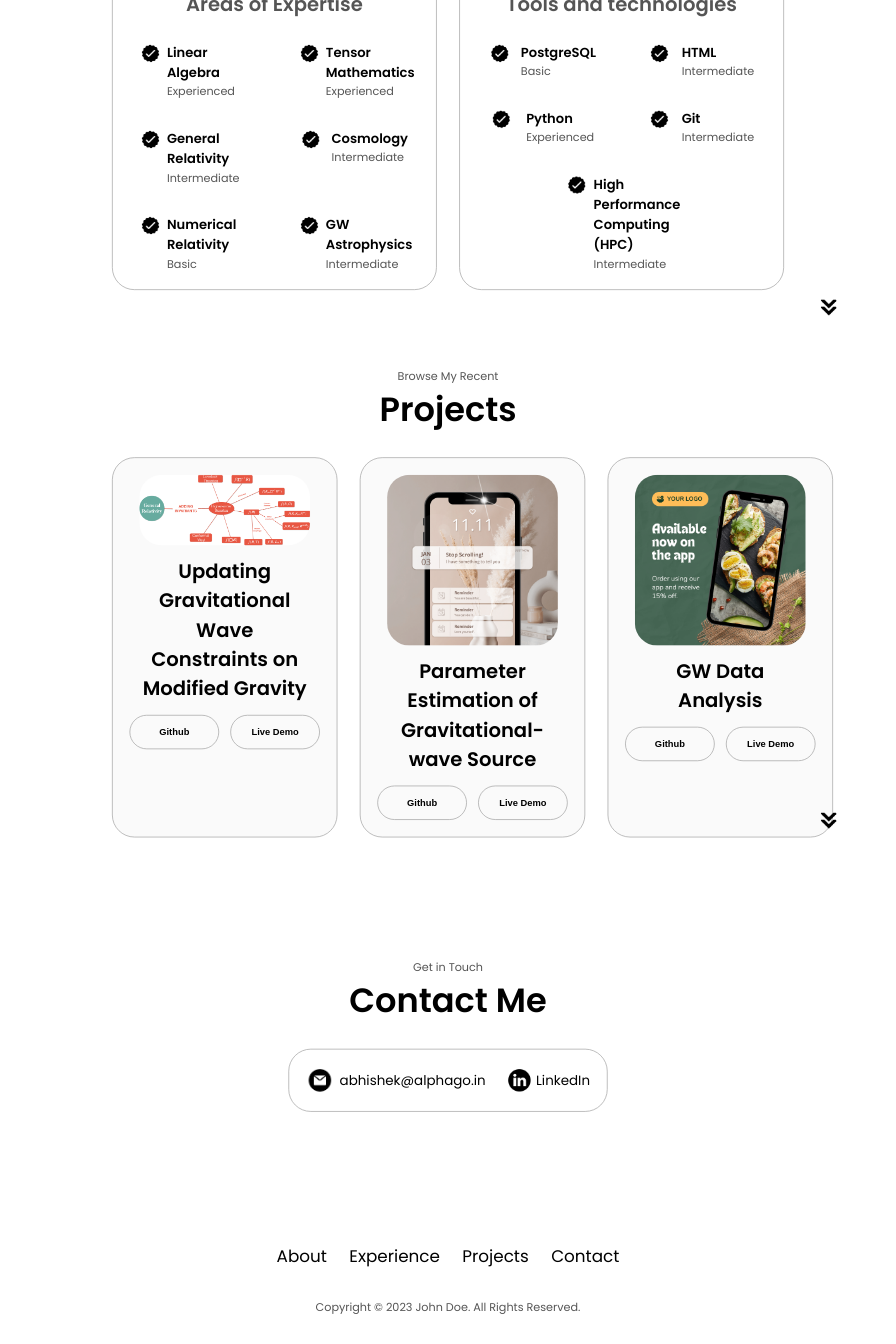
Repository: APersonalVoyage/APersonalVoyage.github.io
Page: index.html
The author's editor kept a copy of each file at every save. The page is drawn from the files as they stood at one save, then again after the next save.
The browser window is 1280 px wide. The pictures show the part of the page from y = 1586 to 3506 px (the page is 3506 px tall before and 3463 px after), at 70% of full size.
A picture or video elsewhere on the page could not be fetched, so the positions and the page height are approximate.

Above is the page before, as saved 2023-08-24 12:15:01.

After the next save:
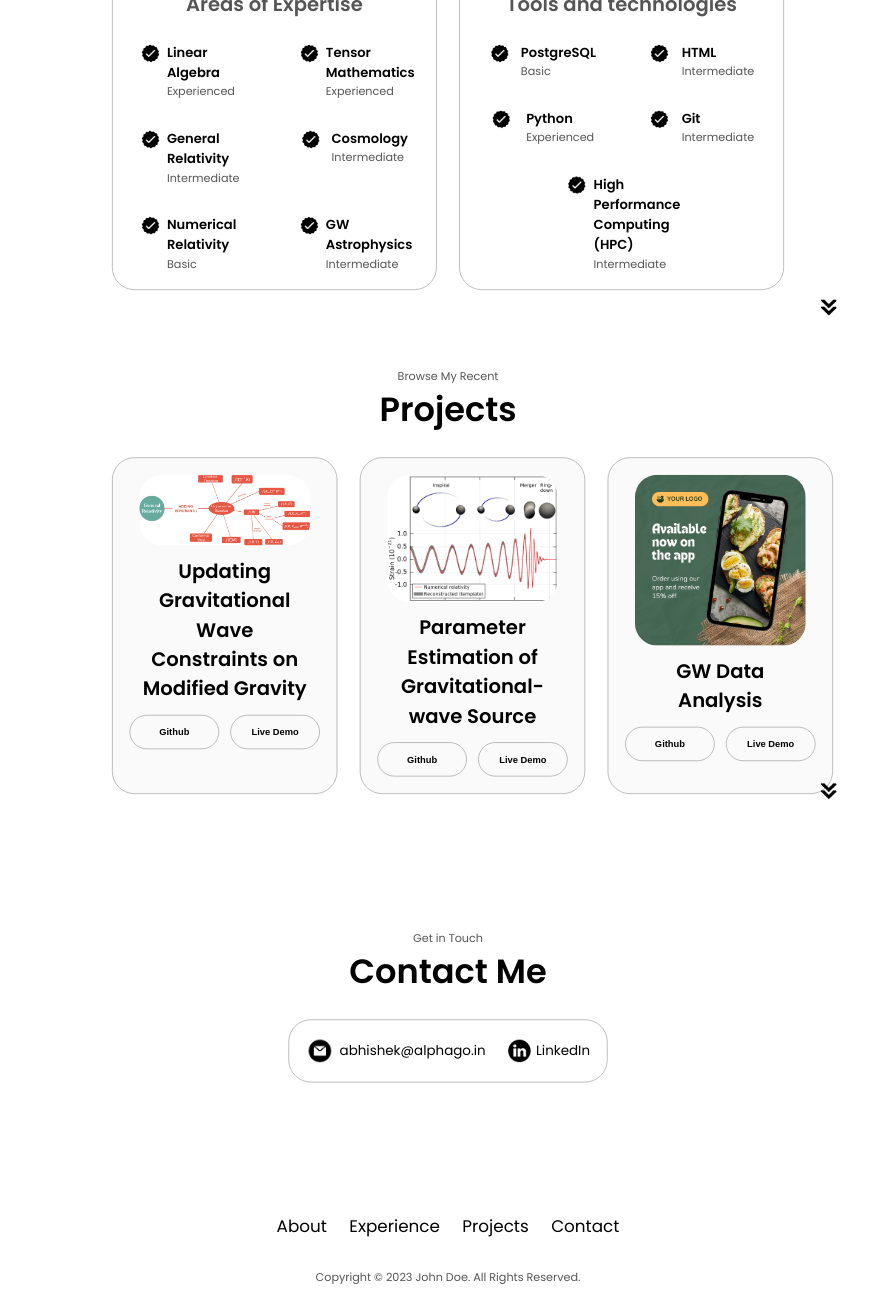
Saved 28 s later.
--- a/index.html
+++ b/index.html
@@ -298,7 +298,7 @@
         <div class="details-container color-container">
           <div class="article-container">
             <img
-              src="./assets/project-2.png"
+              src="./assets/GW150914_IMR.png"
               alt="Project 2"
               class="project-img"
             />
